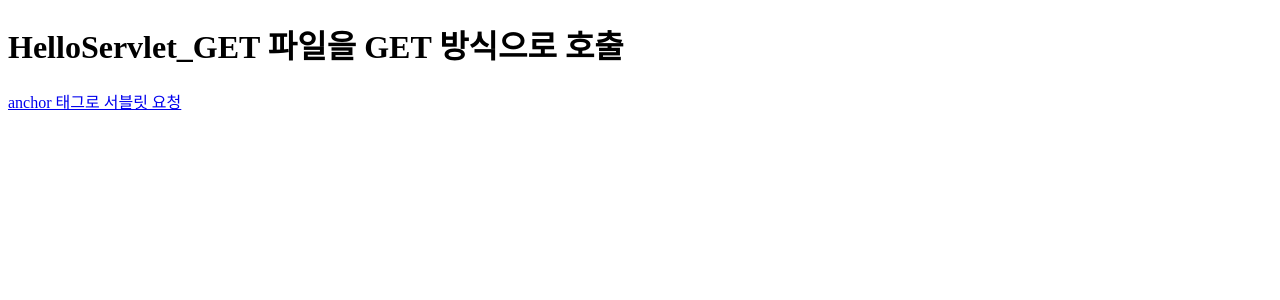
Repository: DistincTao/JSP
Page: http://localhost/JSPBasic/helloServletGet.jsp
These files come from the project's save history. The page is drawn as it stood at one moment and after the next save; the edit follows.
The browser window is 1280 px wide. The pictures show the whole page.
The page is served by Tomcat 9. Nobody is signed in. The application's start-up code is not run. Other server files are loaded and not shown.

Above is the page before, as saved 2023-12-11 03:58:43.

### JSPBasic/src/main/webapp/helloServletGet.jsp
<%@ page language="java" contentType="text/html; charset=UTF-8"
    pageEncoding="UTF-8"%>
<!DOCTYPE html>
<html>
<head>
<meta charset="UTF-8">
<title>GET 방식으로 요청하기</title>
</head>
<body>
	<h1>HelloServlet_GET 파일을 GET 방식으로 호출</h1>
	<div>
		<a href="./hGET?name=둘리">anchor 태그로 서블릿 요청</a>
	</div>
</body>
</html>

After the next save:
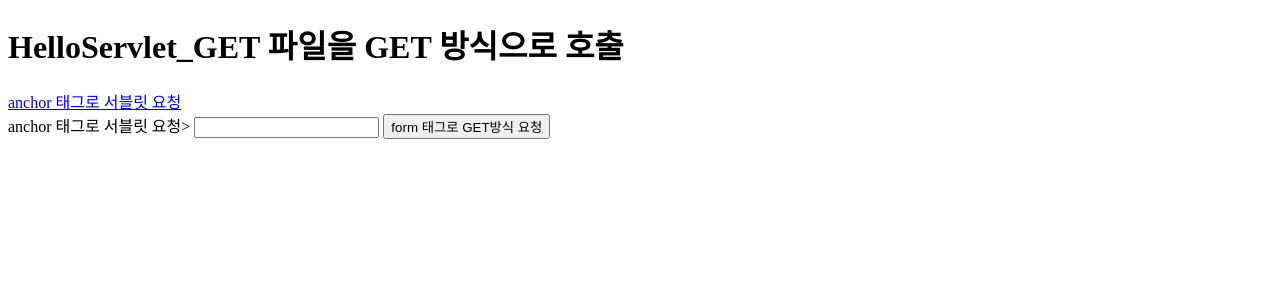
Saved 3 min 19 s later.
--- a/JSPBasic/src/main/webapp/helloServletGet.jsp
+++ b/JSPBasic/src/main/webapp/helloServletGet.jsp
@@ -1,5 +1,5 @@
 <%@ page language="java" contentType="text/html; charset=UTF-8"
-    pageEncoding="UTF-8"%>
+	pageEncoding="UTF-8"%>
 <!DOCTYPE html>
 <html>
 <head>
@@ -11,5 +11,12 @@
 	<div>
 		<a href="./hGET?name=둘리">anchor 태그로 서블릿 요청</a>
 	</div>
+
+	<div>
+		<form action ="./hGET?name=" method = "GET">anchor 태그로 서블릿 요청>
+			<input type="text" name="name">
+			<button type="submit">form 태그로 GET방식 요청</button>
+		</form>
+	</div>
 </body>
 </html>
